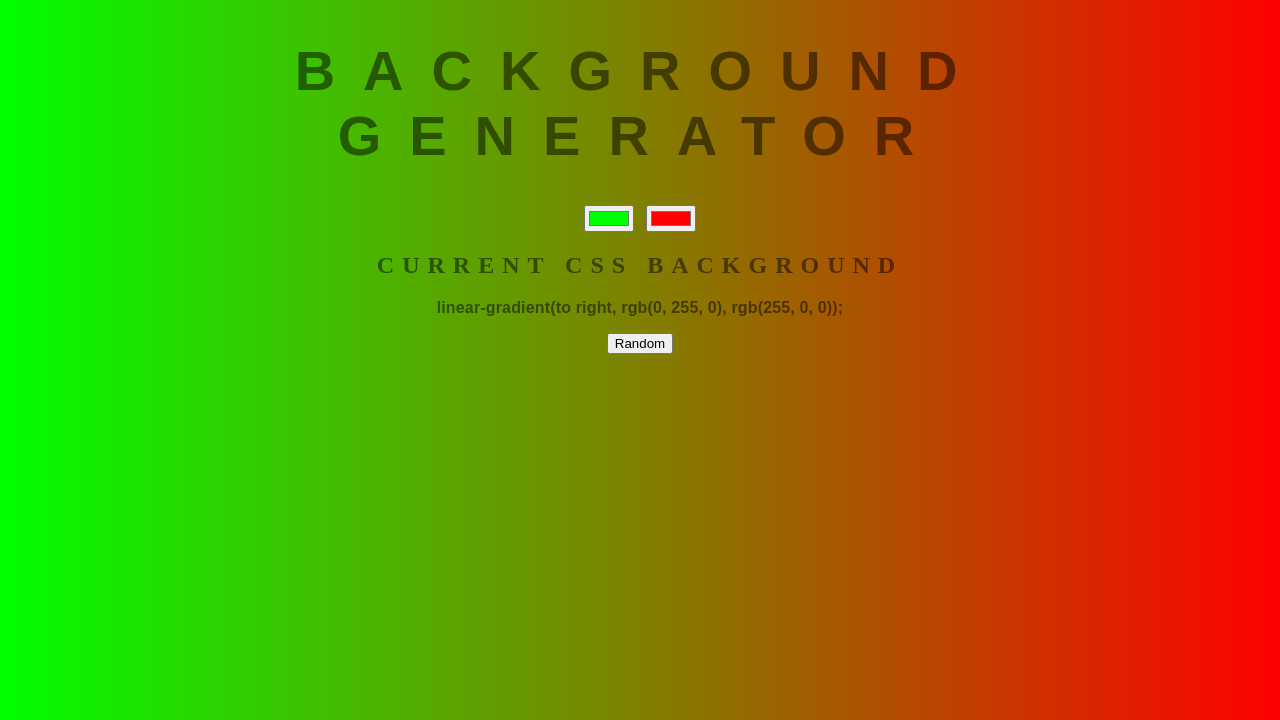
Repository: blgest/background-generator
Page: index.html
The author's editor kept a copy of each file at every save. The page is drawn from the files as they stood at one save, then again after the next save.
The browser window is 1280 px wide. The pictures show the whole page.

Above is the page before, as saved 2020-02-09 10:17:33.

After the next save:
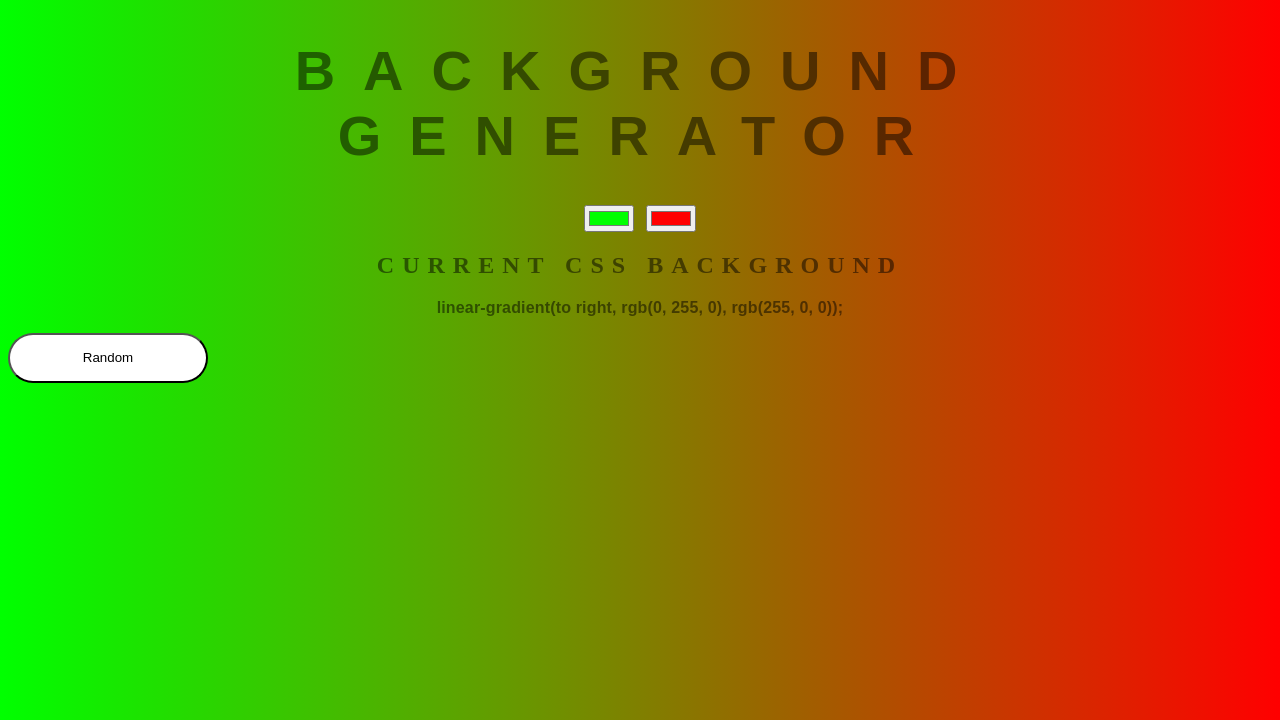
Saved 5 min 54 s later.
--- a/style.css
+++ b/style.css
@@ -26,26 +26,64 @@ h3 {
 }
 
 #random {
-   display: inline-block;
-   padding: 0.35em 1.2em;
-   border: 0.1em solid #ffffff;
-   margin: 0 0.3em 0.3em 0;
-   border-radius: 0.12em;
-   box-sizing: border-box;
-   text-decoration: none;
-   font-family: "Roboto", sans-serif;
-   font-weight: 300;
-   color: #ffffff;
-   text-align: center;
-   transition: all 0.2s;
+  position: relative;
+  display: flex;
+  justify-content: center;
+  align-items: center;
+  width: 200px;
+  height: 50px;
+  background: #fff;
+  border-radius: 999px;
 }
-#random:hover{
-     color:#000000;
-     background-color:#FFFFFF;
+
+#random:hover {
+  /* box-shadow: 0 0 20px 10px rgba(230, 30, 10, 0.6); */
+  animation: burn 1000ms ease-out forwards;
 }
-/* @media all and (max-width:30em){
-#random{
-      display:block;
-      margin:0.4em auto;
-     }
-    }; */
+
+#random::before {
+  content: "";
+  position: absolute;
+  left: 40px;
+  width: 100px;
+  height: 40px;
+  background: rgba(255, 230, 110, 1);
+  border-radius: 100%;
+  animation: flare 1000ms ease-out forwards;
+}
+
+#random::after {
+  content: "";
+  position: absolute;
+  right: 40px;
+  width: 100px;
+  height: 40px;
+  background: rgba(255, 230, 110, 1);
+  border-radius: 100%;
+  animation: flare 1000ms ease-out forwards;
+}
+
+@keyframes flare {
+  100% {
+    transform: translateY(-20px) scale(1.5);
+    filter: blur(10px);
+    opacity: 0;
+  }
+}
+
+@keyframes burn {
+  0% {
+    color: rgba(255, 130, 110, 1);
+    background: rgba(255, 230, 110, 1);
+    box-shadow: 0 0 5px 0 rgba(200, 0, 10, 1), 0 0 5px 0 rgba(230, 30, 10, 0.8),
+      0 0 5px 0 rgba(230, 230, 10, 0.6);
+  }
+
+  100% {
+    color: rgba(0, 0, 0, 1);
+    background: rgba(255, 255, 255, 1);
+    box-shadow: 0 -35px 40px 30px rgba(255, 130, 10, 0),
+      0 -30px 30px 10px rgba(230, 30, 10, 0),
+      0 -20px 10px 0 rgba(255, 255, 10, 0);
+  }
+}
